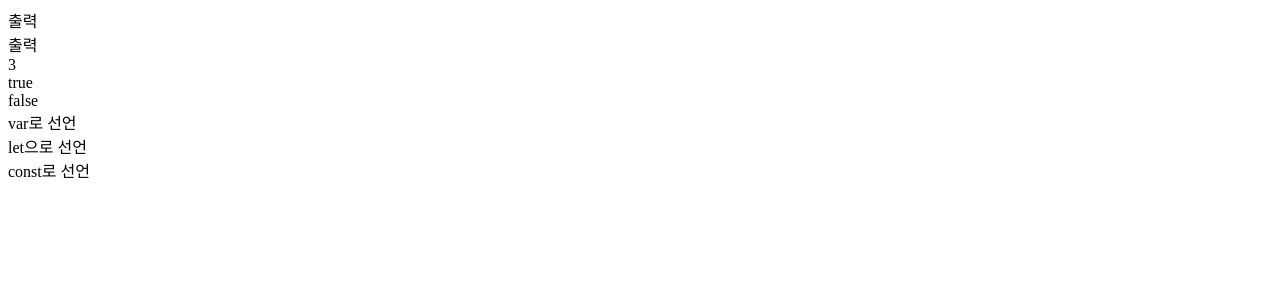
Repository: Pang-Ho/TIL
Page: JavaScript/workspace_web/jstest/WebContent/variabletest.html
The author's editor kept a copy of each file at every save. The page is drawn from the files as they stood at one save, then again after the next save.
The browser window is 1280 px wide. The pictures show the whole page.

Above is the page before, as saved 2021-08-23 04:40:15.

### JavaScript/workspace_web/jstest/WebContent/variabletest.html
<!DOCTYPE html>
<html>
<head>
<meta charset="UTF-8">
<title>Insert title here</title>
<script>
var i = "출력";
alert(i)
console.log(i);
document.write(i+"<br>");
document.write(i+"<br>");

var j = 10;
var k = 3;
document.write( parseInt(j / k) +"<br>");

var s1 = "100";
var s2 = 100;

document.write( (s1 == s2) +"<br>");
document.write( (s1 === s2) +"<br>");

var v1 = "var로 선언";
document.write(v1+"<br>");

var v1 = "let으로 선언";
document.write(v1+"<br>");

const v2 = "const로 선언";
document.write(v2+"<br>");

/* let v2 = "let으로 선언";
document.write(v2+"<br>"); */
</script>
</head>
<body>

</body>
</html>

After the next save:
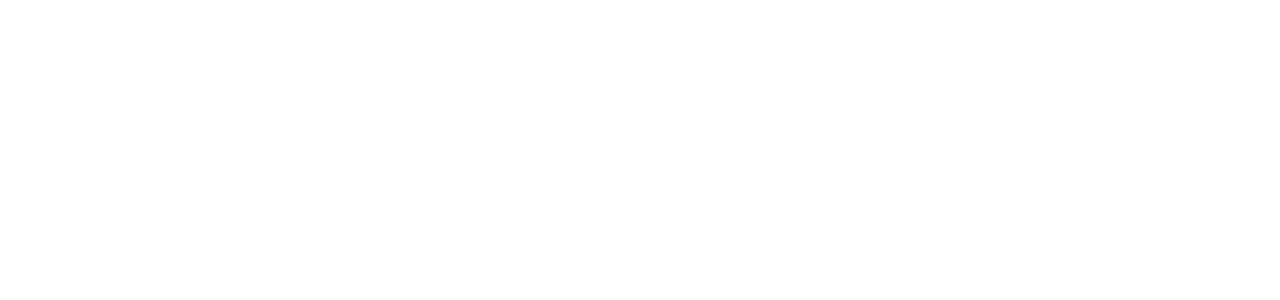
Console error: SyntaxError: Invalid or unexpected token
Saved 89 s later.
--- a/JavaScript/workspace_web/jstest/WebContent/variabletest.html
+++ b/JavaScript/workspace_web/jstest/WebContent/variabletest.html
@@ -22,9 +22,10 @@
 
 var v1 = "var로 선언";
 document.write(v1+"<br>");
+var v1 = "var로 2번째 선언;
 
-var v1 = "let으로 선언";
-document.write(v1+"<br>");
+let v2 = "let으로 선언";
+document.write(v2+"<br>");
 
 const v2 = "const로 선언";
 document.write(v2+"<br>");

After the 4 saves that followed:
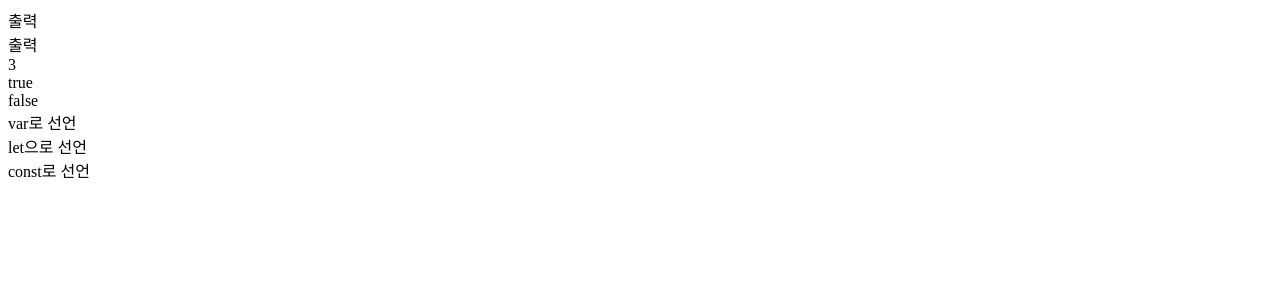
The error is gone.
The 4 saves are shown as one change because 3 left the picture as it was.
The last was saved 2 min 2 s later.
--- a/JavaScript/workspace_web/jstest/WebContent/variabletest.html
+++ b/JavaScript/workspace_web/jstest/WebContent/variabletest.html
@@ -22,13 +22,13 @@
 
 var v1 = "var로 선언";
 document.write(v1+"<br>");
-var v1 = "var로 2번째 선언;
+var v1 = "var로 선언-수정";
 
 let v2 = "let으로 선언";
 document.write(v2+"<br>");
 
-const v2 = "const로 선언";
-document.write(v2+"<br>");
+const v3 = "const로 선언";
+document.write(v3+"<br>");
 
 /* let v2 = "let으로 선언";
 document.write(v2+"<br>"); */
